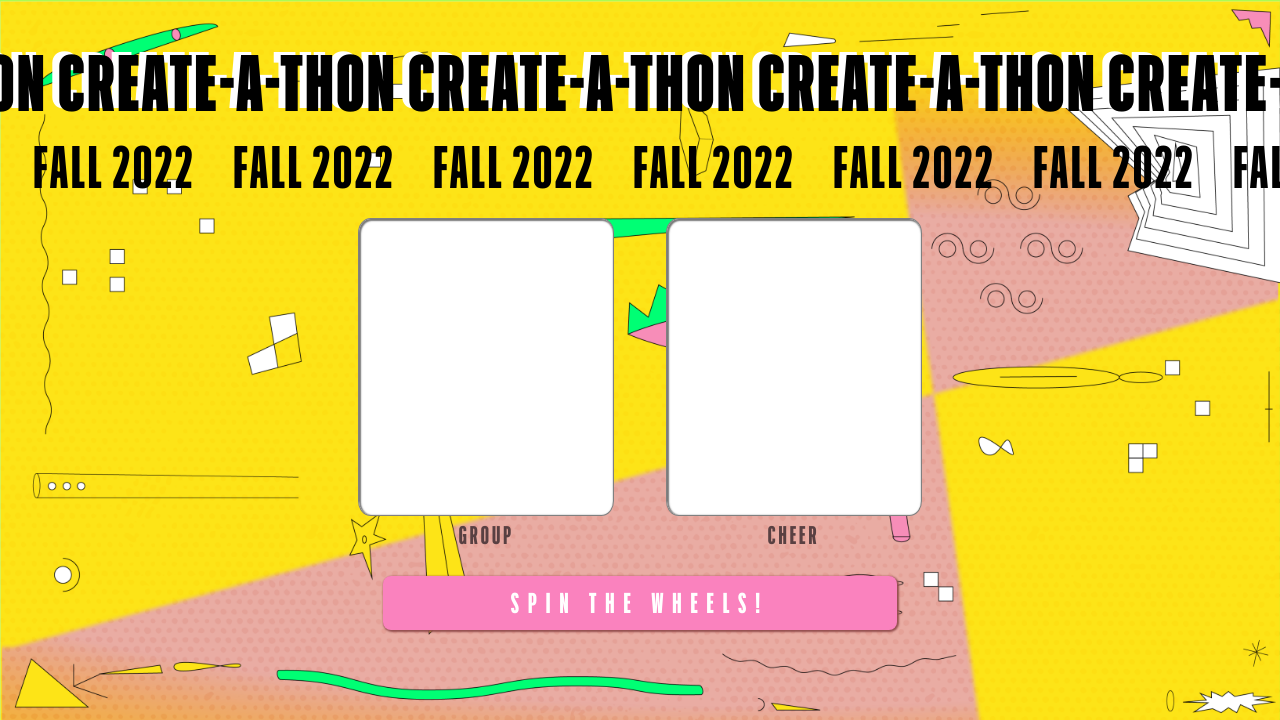
Repository: fakebrianho/IMA-Low-Res-Create-Athon-2022
Page: docs/presentation-order/index.html
The author's editor kept a copy of each file at every save. The page is drawn from the files as they stood at one save, then again after the next save.
The browser window is 1280 px wide. The pictures show the whole page.

Above is the page before, as saved 2022-10-28 22:23:33.
Not found: docs/presentation-order/libraries/p5.dom.js
Not found: docs/presentation-order/libraries/p5.js
Not found: docs/presentation-order/libraries/p5.sound.js

### docs/presentation-order/index.html
<!DOCTYPE html>
<html>

<head>
  <script src="libraries/p5.js"></script>
  <script src="libraries/p5.dom.js"></script>
  <script src="libraries/p5.sound.js"></script>
  <link
    href="https://fonts.googleapis.com/css2?family=Open+Sans:ital,wght@0,300;0,400;0,600;0,700;0,800;1,300;1,400;1,600;1,700;1,800&display=swap"
    rel="stylesheet">
  <link rel="stylesheet" type="text/css" href="style.css">
  <meta charset="utf-8">
  <title>Create-Athon Presentation Order</title>
</head>

<body>
  <header>

  </header>

  <section>

    <div id="wheel-container">
      <div class="fakeHeader">
        <h1 style="opacity: 0"><span>Create-a-Thon</span></h1>
        <h2 style="opacity: 0"><span>Fall 2022</span></h2>
      </div>
      <div class="prompt" id="input-prompt">
        <div class="changing-segment">
          <div id="inputs">
          </div>
        </div>
        <div class="prompt-label" id="input-label">Group</div>
      </div>

      <div class="prompt" id="output-prompt">
        <div class="changing-segment">
          <div id="outputs">
          </div>
        </div>
        <div class="prompt-label" id="output-label">Cheer</div>
      </div>

    </div>

    <div id="button-container">
      <button> Spin the wheels! </button>
    </div>

  </section>

  <footer>

  </footer>
  <script src='gsap.min.js'></script>
  <script src='index.js'></script>
  <script src="sketch.js"></script>
  <script src="wheel.js"></script>

</body>

</html>

### docs/presentation-order/style.css
@font-face {
	src: url('font/BildVariableV3-VF.woff2') format('woff2-variations'),
		url('font/BildVariableV3-VF.woff') format('woff');
	font-family: 'Bild Variable V3 Web';
	font-weight: 700 900;
	font-style: normal;
}

html,
body {
	margin: 0;
	padding: 0;
	width: 100%;
	height: 100%;
	box-sizing: border-box;
	font-family: 'Open Sans', sans-serif;
	font-family: 'Bild Variable V3 Web';
	font-weight: 700;
	hyphens: true;
	font-synthesis: none;
	margin: 0;
	text-transform: uppercase;
	font-variation-settings: 'wdth' 100;
	letter-spacing: 3px;
}

section {
	width: 100%;
	height: 100%;
	position: absolute;
	background: url(image/bg_border-top.png), url(image/bg_border-bottom.png),
		url(image/bg_gradient.png), url(image/bg_texture.png), #aafa50;
	background-repeat: no-repeat, no-repeat, no-repeat, repeat;
	background-size: auto 70vh, auto 50vh, 100vw 120vh, 800px auto;
	background-position: right top, left 50vh, left 25vh, 0 0;
	background-image: url('image/bg.png');
	background-size: 100% 100%;
}

h1 {
	font-family: 'Bild Variable V3 Web';
	font-size: 80px;
	font-weight: 900;
	hyphens: true;
	font-synthesis: none;
	text-transform: uppercase;
	text-shadow: -7px -3px #ffffff;
	margin: 0;
	font-variation-settings: 'wdth' 60;
}

h2 {
	font-family: 'Bild Variable V3 Web';
	font-size: 60px;
	font-weight: 700;
	hyphens: true;
	font-synthesis: none;
	margin: 0;
	text-transform: uppercase;
	font-variation-settings: 'wdth' 100;
}

footer {
	position: fixed;
	bottom: 4vh;
	width: 100vw;
	text-align: center;
}

.fakeHeader {
	position: fixed;
	top: 35px;
	left: 0;
	overflow: hidden;
	width: 100%;
	font-size: 16px;
	font-weight: 800;
	z-index: 0;
}

.fakeHeader h1,
.fakeHeader h2 {
	display: flex;
}

h1 span,
h2 span {
	width: 350px;
	display: inline-block;
	flex: 0 0 auto;
	/* opacity: 0; */
}

h2 span {
	width: 200px;
}

p {
	position: relative;
	overflow: hidden;
	overflow-x: auto;
}

#wheel-container {
	display: flex;
	justify-content: center;
	margin-top: 15%;
	overflow: hidden;
}

.prompt {
	display: flex;
	flex-direction: column;
	width: 20%;
	padding: 2%;
	text-align: center;
	overflow: hidden;
}

.changing-segment {
	box-shadow: 1px 1px 1.5px 1px #777 inset;
	border-radius: 5%;
	border-style: groove;
	border-color: gray;
	border-width: 1px;
	position: relative;
	overflow: none;
	background-color: #fff;
	color: black;
	height: 17rem;
	padding: 1rem 0 0.5rem 0;
	font-size: 1.2rem;
	line-height: 1.55rem;
}

#inputs,
#outputs {
	padding: 5%;
}

.prompt-label {
	color: #594042;
	margin-top: 0.3rem;
	font-size: 1.6rem;
}

#button-container {
	margin-top: 0%;
	text-align: center;
}

button {
	background: #fa82be;
	cursor: pointer;
	box-shadow: 1px 1px 2px 1px rgb(148, 79, 79);
	color: white;
	border-width: 0px;
	border-radius: 0.5rem;
	padding: 0.8% 10% 0.8% 10%;
	font-size: 1.8rem;
	font-weight: 200;
	font-family: 'Open Sans', sans-serif;
	font-family: 'Bild Variable V3 Web';
	font-weight: 700;
	hyphens: true;
	font-synthesis: none;
	margin: 0;
	text-transform: uppercase;
	font-variation-settings: 'wdth' 100;
	letter-spacing: 9px;
}

### docs/presentation-order/index.js
const carousels = document.querySelectorAll('.fakeHeader h1, .fakeHeader h2')
const fadeInTimeline = gsap.timeline()
fadeInTimeline
	.set(carousels, { opacity: 0 })
	.to(carousels, { opacity: 1, delay: 1, stagger: 1, duration: 2 })
carousels.forEach((carousel) => {
	const spanTag = carousel.querySelector('span')
	const spanWidth = spanTag.clientWidth
	for (let i = 0; i < 30; i++) {
		carousel.appendChild(spanTag.cloneNode(true))
	}
	const movementTimeline = gsap.timeline({
		repeat: -1,
	})
	movementTimeline
		.set(carousel, { x: 0 })
		.to(carousel, { x: spanWidth * -1, duration: 6, ease: 'linear' })
})

console.log('hello')

### docs/presentation-order/sketch.js
let spinButton
let data
let inputWheel, outputWheel
let clickSound, endSound, gameShow
let isSpinning = false
let resourcesAvailable = false

function preload() {
	data = loadJSON('data/generator.json')
	//sounds are public domain
	clickSound = loadSound('sound/faded_sine.mp3')
	endSound = loadSound('sound/Electronic_Chime-KevanGC-495939803.mp3')
	// maybe not this sound?
	gameShow = loadSound('sound/gameshow_short.mp3')
}

function windowResized() {
	resizeCanvas(windowWidth, windowHeight)
}

function setup() {
	frameRate(60)

	clickSound.setVolume(0.4)
	gameShow.setVolume(0.5)

	inputWheel = new Wheel('#inputs', data.input)
	outputWheel = new Wheel('#outputs', data.output)

	spinButton = select('button')
	spinButton.mouseClicked(startSpin)
}

function draw() {
	// workaround, see line 69
	if (inputWheel.spin) {
		inputWheel.move()
	}
	if (outputWheel.spin) {
		outputWheel.move()
	}

	if (isSpinning) {
		if (inputWheel.difference == 0 && outputWheel.difference == 0) {
			endSound.play()
			setTimeout(() => {
				gameShow.play()
			}, 100)
			isSpinning = false
		}
	}
}

function startSpin(
	clickEvent,
	targetInput = floor(random(data.input.length)),
	targetOutput = floor(random(data.output.length))
) {
	isSpinning = true

	// inputWheel.target = targetInput // not the target that displays!!
	// inputWheel.spin = true
	inputWheel.update(targetInput)
	// inputWheel.resetAriaHidden();

	outputWheel.target = targetOutput
	outputWheel.spin = true
	outputWheel.resetAriaHidden()

	// console.log(
	//   'make a something where the input is ' +
	//     data.input[targetInput] +
	//     ' and an output is ' +
	//     data.output[targetOutput]
	// );

	// remove data from array here
	console.log(targetInput)
	// console.log(data.input[targetInput])
	data.input.splice(targetInput, 1)
	console.log(data.input)
}

### docs/presentation-order/wheel.js
class Wheel {
	constructor(parentID, data, count = 5, startIndex = 0) {
		this.count = count
		this.data = data
		this.numOfCycles = Math.floor(random(2, 4))
		this.startIndex = startIndex
		this.currentIndex =
			this.startIndex - this.data.length * this.numOfCycles
		this.parentID = parentID
		this.elements = []
		this.position = []
		this.target = startIndex
		this.speed = 5
		this.difference = 0

		for (let i = 0; i < this.count; i++) {
			this.elements[i] = createP(
				this.data[
					(this.startIndex + i - floor(this.count / 2)) %
						this.data.length
				]
			)
			this.elements[i].parent(this.parentID)
			this.elements[i].attribute('aria-hidden', true)
			this.elements[i].style(
				'color',
				rgbToHex(int(random(120)), int(random(120)), int(random(120)))
			)
			this.position[i] = this.elements[i].position()
			if (i == floor(this.count / 2)) {
				this.elements[i].attribute('aria-hidden', false)
			} else {
				this.elements[i].style('visibility', 'hidden')
			}
		}
		// this feels hacky?
		this.startTop = this.position[0].y
		this.currTop = parseInt(this.elements[0].style('top'))
		this.distanceBetweenElements = this.position[1].y - this.position[0].y

		this.spin = false
	}

	resetAriaHidden() {
		for (let i = 0; i < this.count; i++) {
			this.elements[i].attribute('aria-hidden', true)
			this.elements[i].style('visibility', 'visible')
		}
	}

	// continuing the hack workaround
	update(target) {
		console.log(data.input[target])
		let inputWheel = document.getElementById('inputs')
		inputWheel.innerHTML = data.input[target]
		inputWheel.style.position = 'relative'
		inputWheel.style.top = '45%'
		this.spin = false
	}

	move() {
		this.currTop -= this.speed
		// console.log(this.target);
		// console.log(this.currentIndex);
		this.difference = int(this.target) - int(this.currentIndex)
		this.speed =
			(60 *
				abs(
					this.difference % (this.data.length * this.numOfCycles * 2)
				)) /
			(this.data.length * this.numOfCycles * 2)

		// console.log(this.data[this.target],this.target, this.currentIndex, this.difference, (this.data.length*this.numOfCycles), this.speed);

		if (this.currTop < -this.distanceBetweenElements / 2) {
			clickSound.play()
			this.currentIndex++
			this.startIndex =
				this.currentIndex + this.data.length * this.numOfCycles
			this.startIndex %= this.data.length
			this.elements[0].remove()
			this.currTop = 0
			this.elements.splice(0, 1)
			this.elements.push(
				createP(
					this.data[
						(this.data.length +
							this.startIndex +
							floor(this.count / 2)) %
							this.data.length
					]
				)
			)

			this.elements[this.elements.length - 1].parent(this.parentID)
			this.elements[this.elements.length - 1].attribute(
				'aria-hidden',
				true
			)
			this.elements[this.elements.length - 1].style(
				'color',
				rgbToHex(int(random(120)), int(random(120)), int(random(120)))
			)
		}
		for (let i = 0; i < this.elements.length; i++) {
			this.elements[i].style('top', this.currTop + 'px')
		}
		if (this.difference == 0) {
			this.spin = false

			console.log(this.data)

			this.numOfCycles = floor(random(2, 4))
			this.currentIndex =
				this.startIndex - this.data.length * this.numOfCycles
			for (let i = 0; i < this.elements.length; i++) {
				if (i == floor(this.elements.length / 2)) {
					this.elements[i].attribute('aria-hidden', false)
					this.elements[i].addClass('wrap')
				} else {
					this.elements[i].style('visibility', 'hidden')
				}
			}
		}
	}
}

function componentToHex(c) {
	var hex = c.toString(16)
	return hex.length == 1 ? '0' + hex : hex
}

function rgbToHex(r, g, b) {
	return '#' + componentToHex(r) + componentToHex(g) + componentToHex(b)
}

Loaded but not shown: docs/presentation-order/gsap.min.js (library)

After the next save:
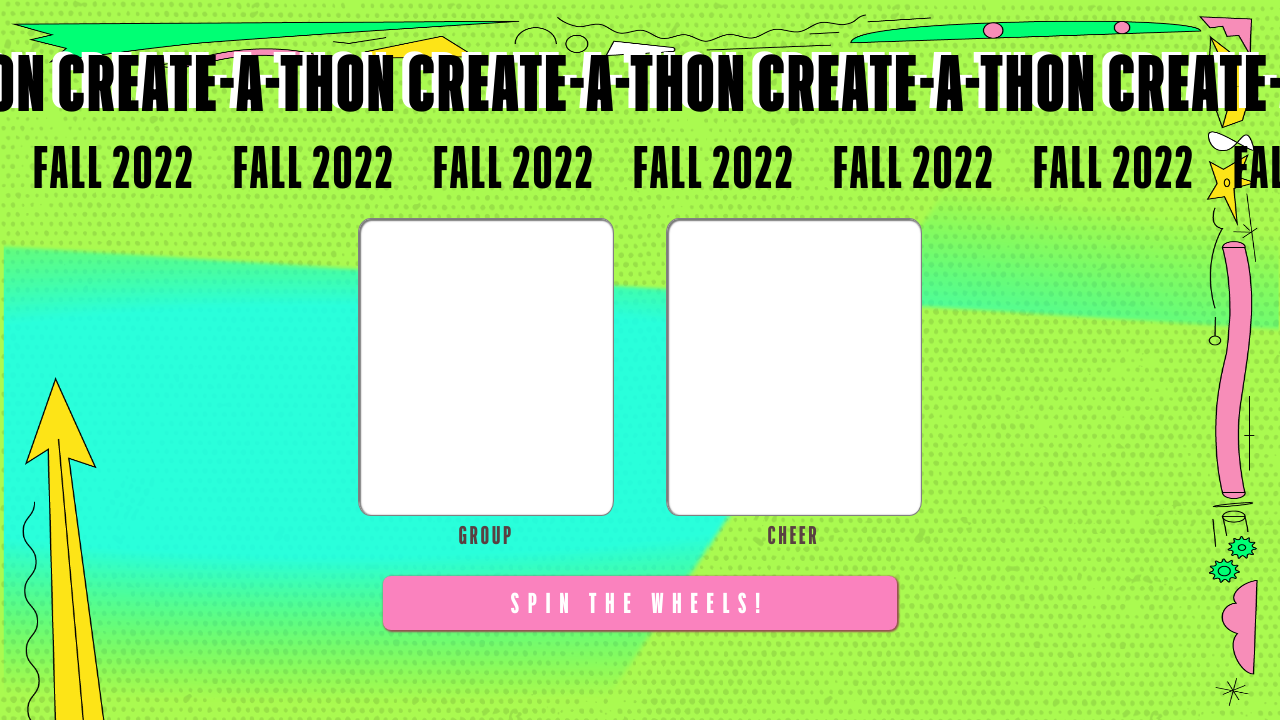
Saved 39 s later.
--- a/docs/presentation-order/style.css
+++ b/docs/presentation-order/style.css
@@ -33,7 +33,7 @@
 	background-repeat: no-repeat, no-repeat, no-repeat, repeat;
 	background-size: auto 70vh, auto 50vh, 100vw 120vh, 800px auto;
 	background-position: right top, left 50vh, left 25vh, 0 0;
-	background-image: url('image/bg.png');
+	/* background-image: url('image/bg.png'); */
 	background-size: 100% 100%;
 }
 
